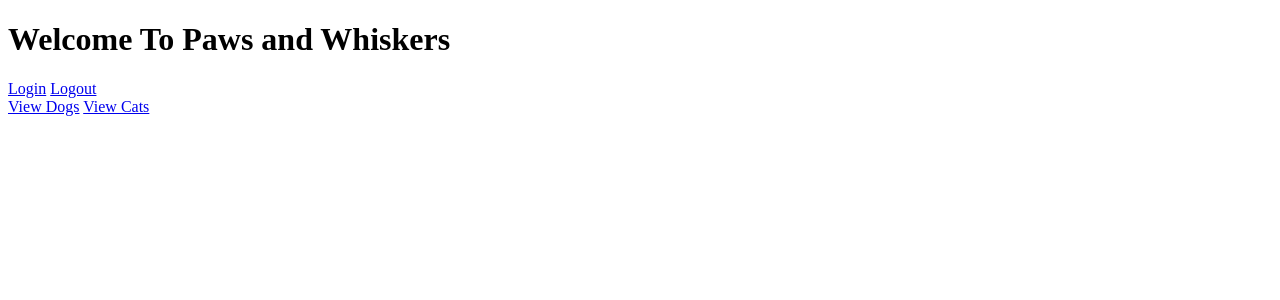
Repository: vimala-pydi/spring-pawsandwhiskers
Page: src/main/webapp/index.html
The author's editor kept a copy of each file at every save. The page is drawn from the files as they stood at one save, then again after the next save.
The browser window is 1280 px wide. The pictures show the whole page.
The page's requests for data from a server got no answer.

Above is the page before, as saved 2023-08-14 16:54:38.

After the next save:
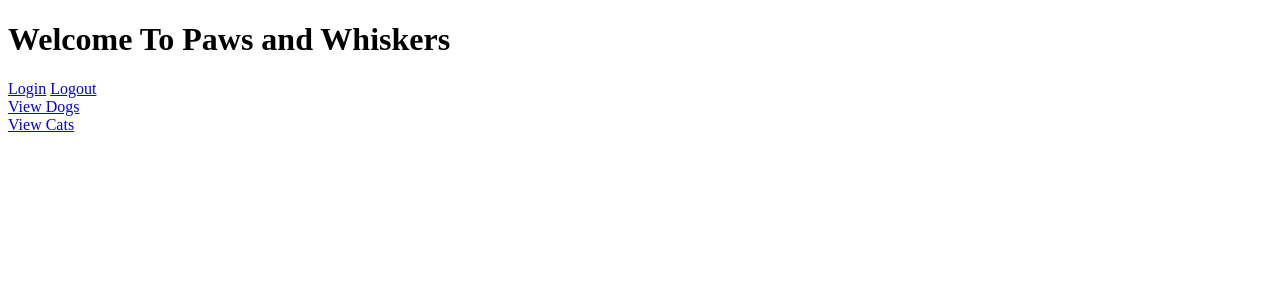
Saved 17 min 8 s later.
--- a/src/main/webapp/index.html
+++ b/src/main/webapp/index.html
@@ -3,16 +3,38 @@
 	<head>
 		<meta charset="ISO-8859-1">
 		<title>Welcome To Paws and Whiskers Web Application !!</title>
+		<script>
+			function loadImages() {
+			  var xhr = new XMLHttpRequest();
+			  xhr.open("GET", "/cats", true);
+
+			  xhr.onreadystatechange = function() {
+				if(xhr.readyState == 4 && xhr.status == 200) {
+				  var response = JSON.parse(xhr.responseText);
+
+				  var html = "";
+				  response.forEach(function(url) {
+					html += "<img src='" + url + "'>";
+				  });
+
+				  document.getElementById("cats").innerHTML = html;
+				}
+			  }
+			  xhr.send();
+			}
+		  </script>
 	</head>
-	<body>
+	<body onload="loadImages()">
 		<h1>Welcome To Paws and Whiskers</h1>
 		<div id="auth">
 			<a href="login.html">Login</a>
 			<a href="LogoutServlet">Logout</a>
 		</div>
-		<div id="content">
+		<div id="dogs">
 			<a href="dogs">View Dogs</a>
+		</div>
+		<div id="cats">
 			<a href="cats">View Cats</a>
-		  </div>
+		</div>
 	</body>
 </html>
